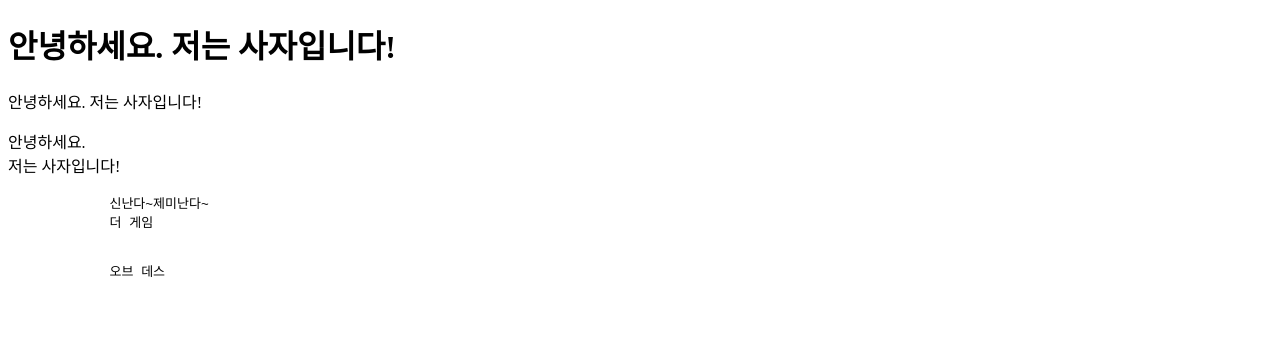
Repository: wijune0327/wijune0327.github.com
Page: 190922/index.html
The author's editor kept a record of every edit. The page is drawn from the files as they stood at one moment, then again after the next edit.
The browser window is 1280 px wide. The pictures show the whole page.
Some web fonts or font styles are not loaded; a fallback is used.

Above is the page before.

### 190922/index.html
<!DOCTYPE html>
<html lang="kr">
    <head>
     <meta charset="utf-8">
     <title>저는 멋쟁이 사자입니다.</title>
    </head>
    <body>
        <h1>안녕하세요. 저는 사자입니다!</h1>
        <p> 안녕하세요.  저는 사자입니다!</p>
        <p> 안녕하세요. <br>저는 사자입니다!</p>
        <pre>
             신난다~제미난다~
             더 게임


             오브 데스
        </pre>
    </body>
</html>

After the next edit:
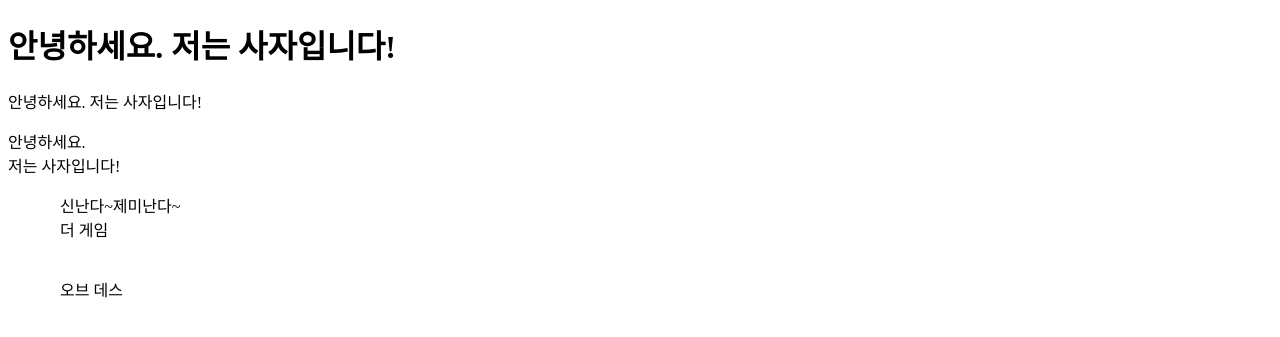
The edit:
--- a/190922/index.html
+++ b/190922/index.html
@@ -3,6 +3,12 @@
     <head>
      <meta charset="utf-8">
      <title>저는 멋쟁이 사자입니다.</title>
+     <style>
+         @font-face { font-family: 'BBTreeGR'; src: url('https://cdn.jsdelivr.net/gh/projectnoonnu/noonfonts_nine_@1.1/BBTreeGR.woff') format('woff'); font-weight: normal; font-style: normal; }
+        * {
+        font-family:BBTreeGR;
+        }
+     </style>
     </head>
     <body>
         <h1>안녕하세요. 저는 사자입니다!</h1>
